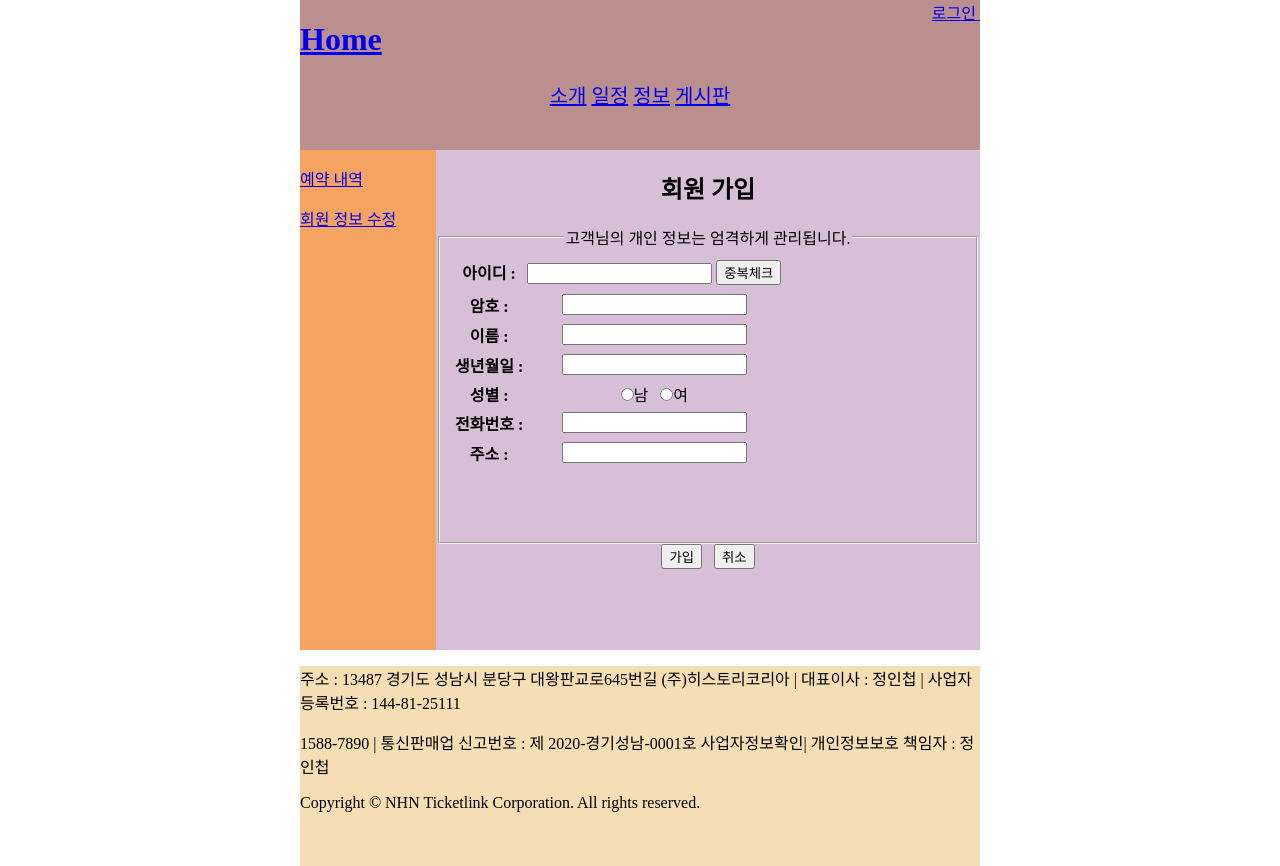
Repository: dlscjq34/JSP_historyTour
Page: http://localhost/HistoryTour/WEB-INF/views/member/joinMember.jsp
These files come from the project's save history. The page is drawn as it stood at one moment and after the next save; the edit follows.
The browser window is 1280 px wide. The pictures show the whole page.
The page is served by Tomcat 9. Nobody is signed in. Other server files are loaded and not shown. The template is opened directly, without the code that normally fills it, so the values that code supplies are empty.

Above is the page before, as saved 2020-12-21 02:29:55.

### HistoryTour/WebContent/WEB-INF/views/member/joinMember.jsp
<%@ page language="java" contentType="text/html; charset=UTF-8"
    pageEncoding="UTF-8"%>
<!DOCTYPE html>
<html lang="en">
<head>
    <jsp:include page="/WEB-INF/views/include/head.jsp" />
    <link rel="stylesheet" href="css/editMember.css">
</head>
<body>
    <!-- <header> -->
    <jsp:include page="/WEB-INF/views/include/header.jsp" />


    <!-- center = <aside> + <article> -->
    <div class="center">
        <aside>
            <p><a href="ticket.do">예약 내역</a></p>
            <p><a href="editMember.do">회원 정보 수정</a></p>
        </aside>

        <article>
            <h1>회원 가입</h1>
                <form action="joinMemberPro.do" method="post" name="frm" onsubmit="return lenCheck()">

                    <fieldset>
                        <legend>고객님의 개인 정보는 엄격하게 관리됩니다.</legend>
                        <table>
                		<tr>
                			<th>아이디 :
                			<td><input type="text" name="id" id="id" />
                				<input type="button" onclick="dupCheck()" value="중복체크">
                		</tr>
                		<tr>
                			<th>암호 :
                			<td><input type="password" name="pswd" id="pswd" required/>
                		</tr>
                		<tr>
                			<th>이름 :
                			<td><input type="text" name="name" id="name" required/>
                		</tr>
                		<tr>
                			<th>생년월일 :
                			<td><input type="text" name="birth" id="birth" required/>
                		</tr>
                		<tr>
                			<th>성별 :
                			<td><input type="radio" name="gender" id="man" value="1" required />남 &nbsp;
                				<input type="radio" name="gender" id="woman" value="2" required />여
                		</tr>
                		<tr>
                			<th>전화번호 :
                			<td><input type="text" name="tel" id="tel" required>
                		</tr>
                		<tr>
                			<th>주소 :
                			<td><input type="text" name="address" id="address" required>
                		</tr>
                	</table>
                    </fieldset>
                    <input type="submit" name="enroll" class="enroll" value="가입"> &nbsp;
                    <input type="reset" value="취소">
                </form>
        </article>
    </div>


    <!-- <footer> -->
    <jsp:include page="/WEB-INF/views/include/footer.jsp" />

</body>

<script>
	function dupCheck() {
		let id = document.frm.id.value;
		if(id == '') {
			alert("아이디를 입력하세요");
			document.frm.id.focus();
			return;
		}
		window.open('joinCheck.do?id='+id, 'joinCheck', 'width=600, height=300');
	}

	function lenCheck() {
		let id = document.frm.id.value.trim();

		if(!(id.length >= 3 && id.length <=12)) {
			alert("아이디는 3에서 12글자만 입력 가능합니다.");
			document.frm.id.select();
			return false;
		}
	}
</script>

</html>

### HistoryTour/WebContent/WEB-INF/views/include/head.jsp
<%@ page language="java" contentType="text/html; charset=UTF-8"
    pageEncoding="UTF-8"%>
<meta charset="UTF-8">
<meta name="viewport" content="width=device-width, initial-scale=1.0">
<title>Document</title>
<link rel="stylesheet" href="css/common.css">

### HistoryTour/WebContent/WEB-INF/views/include/header.jsp
<%@ page language="java" contentType="text/html; charset=UTF-8"
    pageEncoding="UTF-8"%>
<%@ taglib prefix="c" uri="http://java.sun.com/jsp/jstl/core" %>
<%
	//쿠키에 아이디가 있으면 세션으로 빼온다.
	Cookie[] cookies = request.getCookies();

	if (cookies != null) {
		for(Cookie cookie : cookies) {
			if(cookie.getName().equals("id")) {
				String id = cookie.getValue();
				session.setAttribute("id", id);
			}
		}
	}

	String id = (String)session.getAttribute("id");
%>

<header>
    <div class="home-line">
        <h1><a href="index.do">Home</a></h1>
        <!-- 세션으로 빼온 아이디가 있으면 -->
<%
			if (id != null) {
%>
        		${ id } 님 반갑습니다.&nbsp;
        		<a href="myPage.do">마이페이지</a>&nbsp;
        		<a href="logoutPro.do">로그아웃</a>
<%
			} else {
%>
        	<!-- 세션으로 빼온 아이디가 없으면 -->
        		 <a href="login.do">로그인&nbsp;</a>
<%
			}
%>

    </div>
    <div class="menu">
        <a href="intro.do">소개</a>
        <a href="schedule.do">일정</a>
        <a href="information.do">정보</a>
        <a href="board.do">게시판</a>
    </div>
</header>

### HistoryTour/WebContent/WEB-INF/views/include/footer.jsp
<%@ page language="java" contentType="text/html; charset=UTF-8"
    pageEncoding="UTF-8"%>
<footer>
    <p>주소 : 13487 경기도 성남시 분당구 대왕판교로645번길 (주)히스토리코리아 | 대표이사 : 정인첩 | 사업자등록번호 : 144-81-25111</p>
    <p>1588-7890 |  통신판매업 신고번호 : 제 2020-경기성남-0001호 사업자정보확인| 개인정보보호 책임자 : 정인첩</p>
    <p>Copyright © NHN Ticketlink Corporation. All rights reserved.</p>
</footer>

### HistoryTour/WebContent/css/common.css
body {
  grid-template-columns: 1fr 1fr;
  box-sizing: border-box;
  margin: 0 300px;
}

/* header ----------------------------------------------- */

header {
  background: rosybrown;
  height: 150px;
}
header .home-line {
  display: flex;
}
header .home-line h1 {
  flex: 1;
}
header .menu {
  text-align: center;
  font-size: 20px;
}

/* <aside> <article> ----------------------------------------------- */

.center {
  display: flex;
  height: 500px;
  background: turquoise;
}
.center aside {
  background: sandybrown;
  flex: 2;
}
.center article {
  background: thistle;
  flex: 8;
  text-align: center;
}


/* footer ----------------------------------------------- */

footer {
  background: wheat;
  height: 200px;
}

### HistoryTour/WebContent/css/editMember.css
/* .center article form {
  background: red;
} */
.center article form fieldset {
  height: 300px;
}
.center article form fieldset input{
  margin: 1% 0;
}
.center article form .edit {
  position: relative;
  margin-top: 5%;
  left: 40%;
  width: 100px;
  font-size: 20px;
}

After the next save:
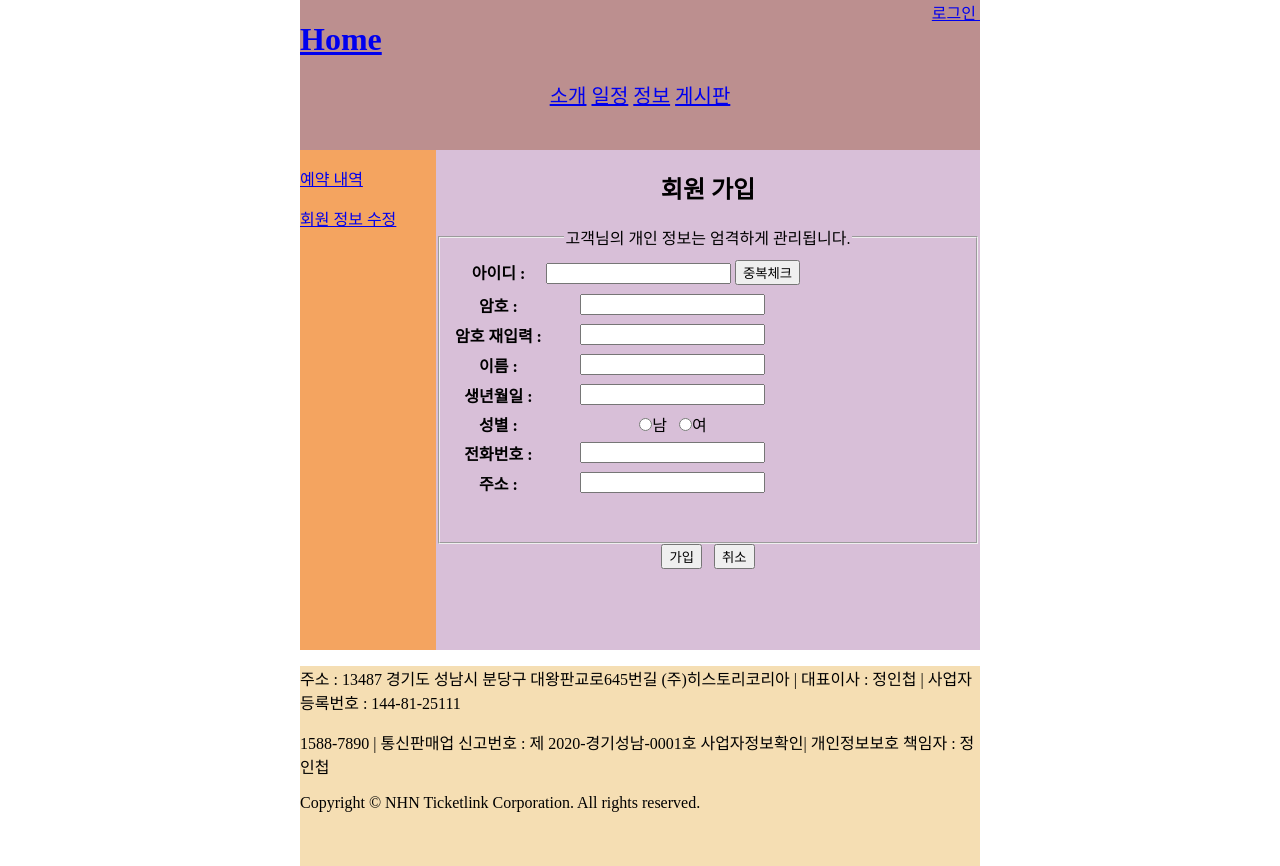
Saved 4 min 9 s later.
--- a/HistoryTour/WebContent/WEB-INF/views/member/joinMember.jsp
+++ b/HistoryTour/WebContent/WEB-INF/views/member/joinMember.jsp
@@ -32,7 +32,12 @@
                 		</tr>
                 		<tr>
                 			<th>암호 :
-                			<td><input type="password" name="pswd" id="pswd" required/>
+                			<td><input type="password" name="pswd1" id="pswd1" required/>
+                		</tr>
+                		<tr>
+                			<th>암호 재입력 :
+                			<td><input type="password" name="pswd2" id="pswd2" required onkeyup="pwCheck()"/>
+                				<span class="pwStatus"></span>
                 		</tr>
                 		<tr>
                 			<th>이름 :
